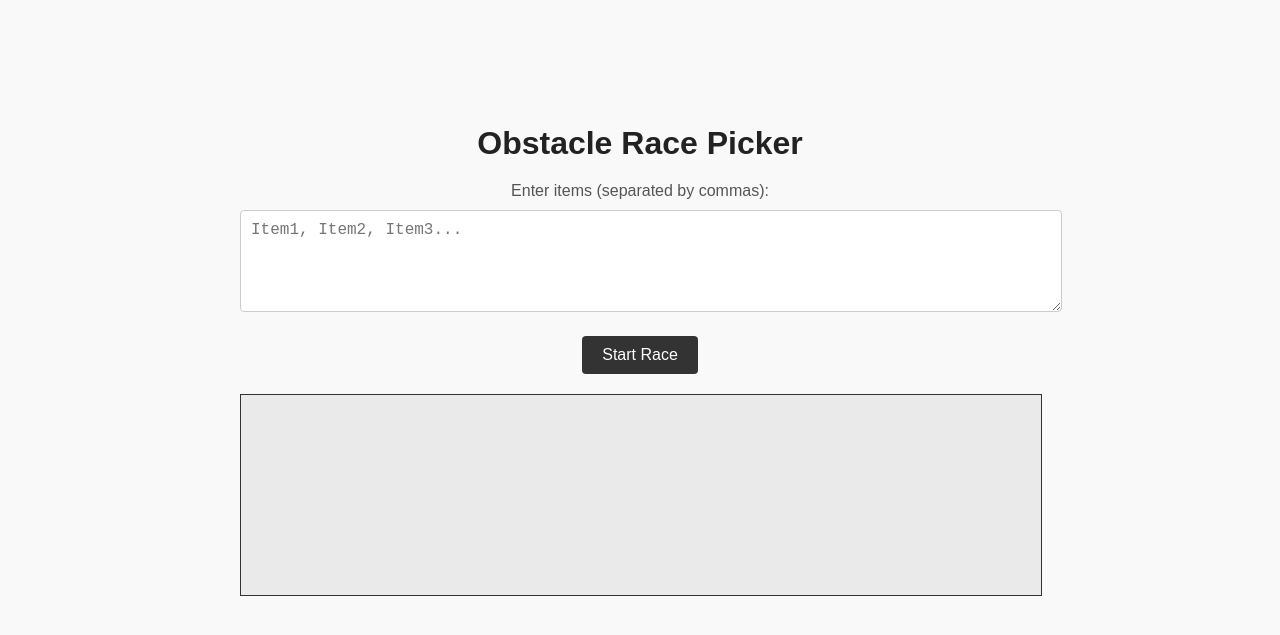
Repository: Anarchyve/race-picker
Page: index.html
These files come from the project's save history. The page is drawn as it stood at one moment and after the next save; the edit follows.
The browser window is 1280 px wide. The pictures show the whole page.

Above is the page before, as saved 2024-11-17 19:35:37.

After the next save:
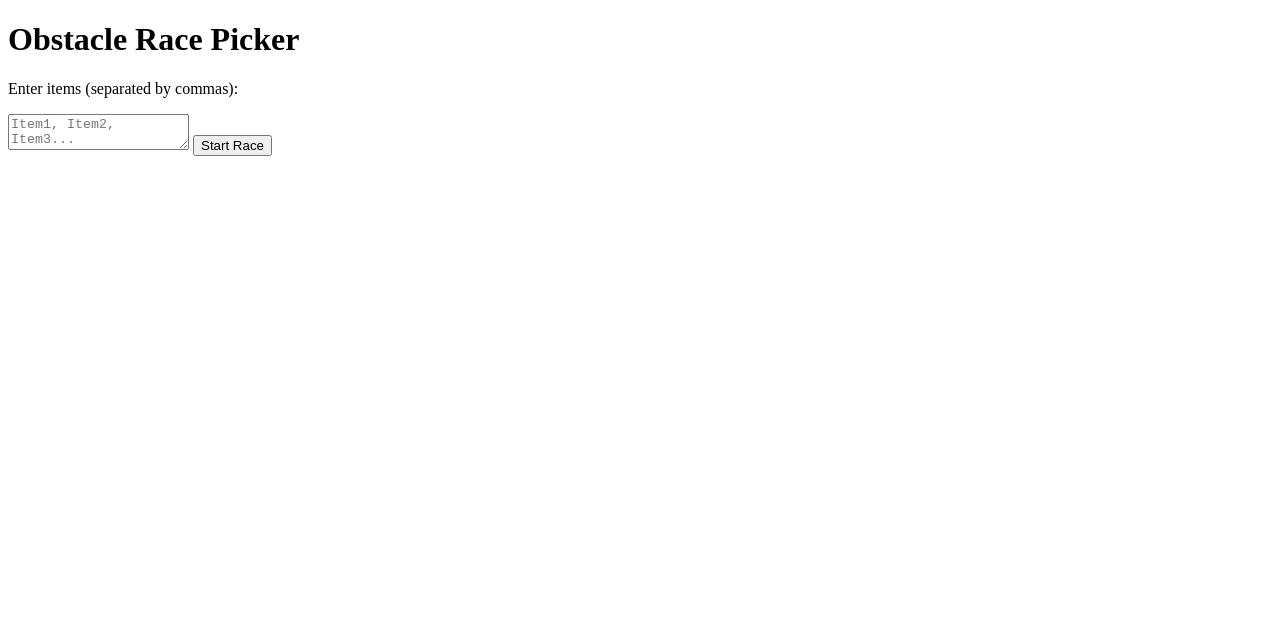
Saved 8 s later.
--- a/styles.css
+++ b/styles.css
@@ -1,88 +1,15 @@
-/* 전체적인 Reset */
-body {
-    margin: 0;
-    font-family: 'Arial', sans-serif;
-    color: #333;
-    background-color: #f9f9f9;
-    display: flex;
-    justify-content: center;
-    align-items: center;
-    height: 100vh;
-    overflow: hidden;
-}
-
-.container {
-    width: 80%;
-    max-width: 800px;
-    text-align: center;
-}
-
-h1 {
-    font-size: 2rem;
-    margin-bottom: 20px;
-    color: #222;
-}
-
-p {
-    font-size: 1rem;
-    margin-bottom: 10px;
-    color: #555;
-}
-
-textarea {
-    width: 100%;
-    height: 80px;
-    margin-bottom: 20px;
-    padding: 10px;
-    font-size: 16px;
-    border: 1px solid #ccc;
-    border-radius: 4px;
-    background-color: #fff;
-    color: #333;
-}
-
-button {
-    padding: 10px 20px;
-    font-size: 16px;
-    border: none;
-    border-radius: 4px;
-    background-color: #333;
-    color: #fff;
-    cursor: pointer;
-    transition: background 0.3s ease;
-}
-
-button:hover {
-    background-color: #555;
-}
-
-#race-track {
-    position: relative;
-    width: 100%;
-    height: 200px;
-    margin: 20px 0;
-    border: 1px solid #333;
-    background-color: #eaeaea;
-    overflow: hidden;
-}
-
 .runner {
     position: absolute;
     bottom: 0;
-    width: 40px;
+    width: 80px; /* Larger width for better readability */
     height: 40px;
-    border-radius: 20px;
+    border-radius: 10px;
     background-color: #333;
     color: #fff;
     display: flex;
     justify-content: center;
     align-items: center;
-    font-size: 12px;
+    font-size: 14px; /* Increase font size */
     font-weight: bold;
+    text-align: center;
 }
-
-#result {
-    font-size: 1.2rem;
-    margin-top: 20px;
-    color: #444;
-}

After the save that followed:
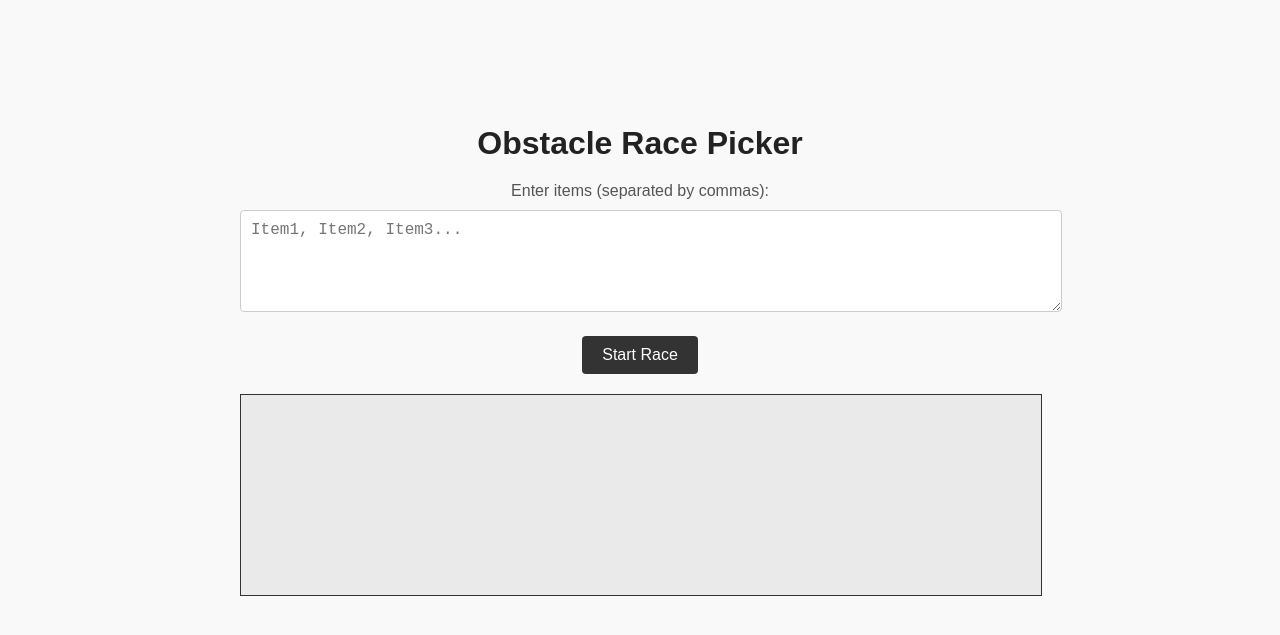
Saved 28 s later.
--- a/styles.css
+++ b/styles.css
@@ -1,3 +1,71 @@
+/* 전체적인 Reset */
+body {
+    margin: 0;
+    font-family: 'Arial', sans-serif;
+    color: #333;
+    background-color: #f9f9f9;
+    display: flex;
+    justify-content: center;
+    align-items: center;
+    height: 100vh;
+    overflow: hidden;
+}
+
+.container {
+    width: 80%;
+    max-width: 800px;
+    text-align: center;
+}
+
+h1 {
+    font-size: 2rem;
+    margin-bottom: 20px;
+    color: #222;
+}
+
+p {
+    font-size: 1rem;
+    margin-bottom: 10px;
+    color: #555;
+}
+
+textarea {
+    width: 100%;
+    height: 80px;
+    margin-bottom: 20px;
+    padding: 10px;
+    font-size: 16px;
+    border: 1px solid #ccc;
+    border-radius: 4px;
+    background-color: #fff;
+    color: #333;
+}
+
+button {
+    padding: 10px 20px;
+    font-size: 16px;
+    border: none;
+    border-radius: 4px;
+    background-color: #333;
+    color: #fff;
+    cursor: pointer;
+    transition: background 0.3s ease;
+}
+
+button:hover {
+    background-color: #555;
+}
+
+#race-track {
+    position: relative;
+    width: 100%;
+    height: 200px;
+    margin: 20px 0;
+    border: 1px solid #333;
+    background-color: #eaeaea;
+    overflow: hidden;
+}
+
 .runner {
     position: absolute;
     bottom: 0;
@@ -13,3 +81,9 @@
     font-weight: bold;
     text-align: center;
 }
+
+#result {
+    font-size: 1.2rem;
+    margin-top: 20px;
+    color: #444;
+}
